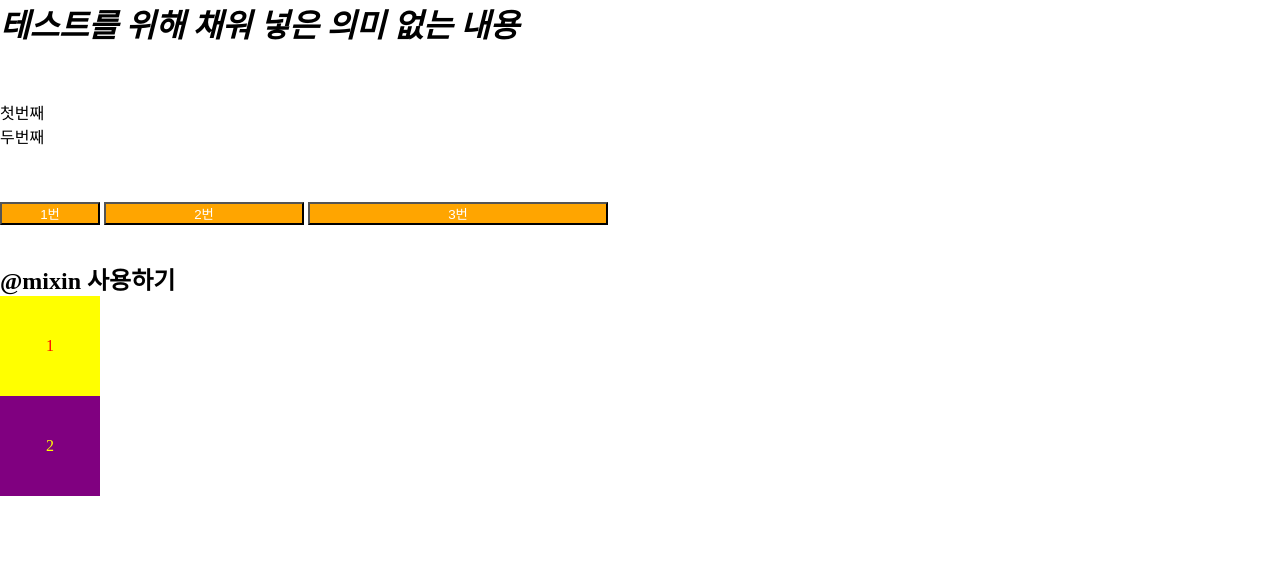
Repository: Axing00/SCSS
Page: test/index.html
The author's editor kept a copy of each file at every save. The page is drawn from the files as they stood at one save, then again after the next save.
The browser window is 1280 px wide. The pictures show the whole page.
The style sheet was rebuilt from its Sass, Less or Tailwind sources for each picture, by a compiler version that may differ from the author's.

Above is the page before, as saved 2023-03-20 16:01:52.

### test/index.html
<!DOCTYPE html>
<html lang="ko">

<head>
	<meta charset="UTF-8">
	<meta http-equiv="X-UA-Compatible" content="IE=edge">
	<meta name="viewport" content="width=device-width, initial-scale=1.0">
	<link rel="stylesheet" href="css/main.css">
	<title>scss test</title>
</head>

<body>
	<p>테스트를 위해 채워 넣은 의미 없는 내용</p>

	<br>
	<br>
	<br>

	<div class="first-btn">첫번째</div>
	<div class="second-btn">두번째</div>

	<br>
	<br>
	<br>

	<button>1번</button>
	<button>2번</button>
	<button>3번</button>

	<br>
	<br>
	<br>
	<h2>@mixin 사용하기</h2>
	<div class="one">1</div>
	<div class="two">2</div>





</body>

</html>

### test/style/main.scss
* {
	margin: 0;
	padding: 0;
}


$main-color:orange;
$font-color:white;
$btn-width:100px;




p {
	font: {
		style: italic;
		weight: 900;
		size: 32px;
	}
}

/*
	&는 상위선택자
	상위선택자 참조는 의사(가상)클래스를 선택하고자 할때 특히 유용한 방법이다.
*/

.first-btn {
	&:hover {
		background: {
			color: red;
		}
	}
}

.second-btn {
	&:hover {
		background: {
			color: blue;
		}
	}
}


button {
	&:nth-of-type(1) {
		color: $font-color;
		background-color: $main-color;
		width: $btn-width;
	}

	&:nth-of-type(2) {
		color: $font-color;
		background-color: $main-color;
		width: 200px;
	}

	&:nth-of-type(3) {
		color: $font-color;
		background-color: $main-color;
		width: 300px;
	}
}




/*
	인자를 입력시에는 인클루드 할때 인자값을 꼭 입력야지
	에러가 나지 않음
*/
@mixin box-style ($bg-color, $font-color) {
	width: 100px;
	height: 100px;
	display: flex;
	justify-content: center;
	align-items: center;
	background-color: $bg-color;
	color: $font-color;
}

.one {
	@include box-style (red, white);
}

.two {
	@include box-style(purple, yellow);
}





/*
	인자에 기본적으로 값이 넣어져 있는 경우에는
	인클루드했을때 인자값을 안넣어줘도 에러가 나지 않는다
*/
@mixin box-style ($bg-color:yellow, $font-color:red) {
	width: 100px;
	height: 100px;
	display: flex;
	justify-content: center;
	align-items: center;
	background-color: $bg-color;
	color: $font-color;
}


.one {
	@include box-style;
}

.two {
	@include box-style(purple, yellow);
}

After the next save:
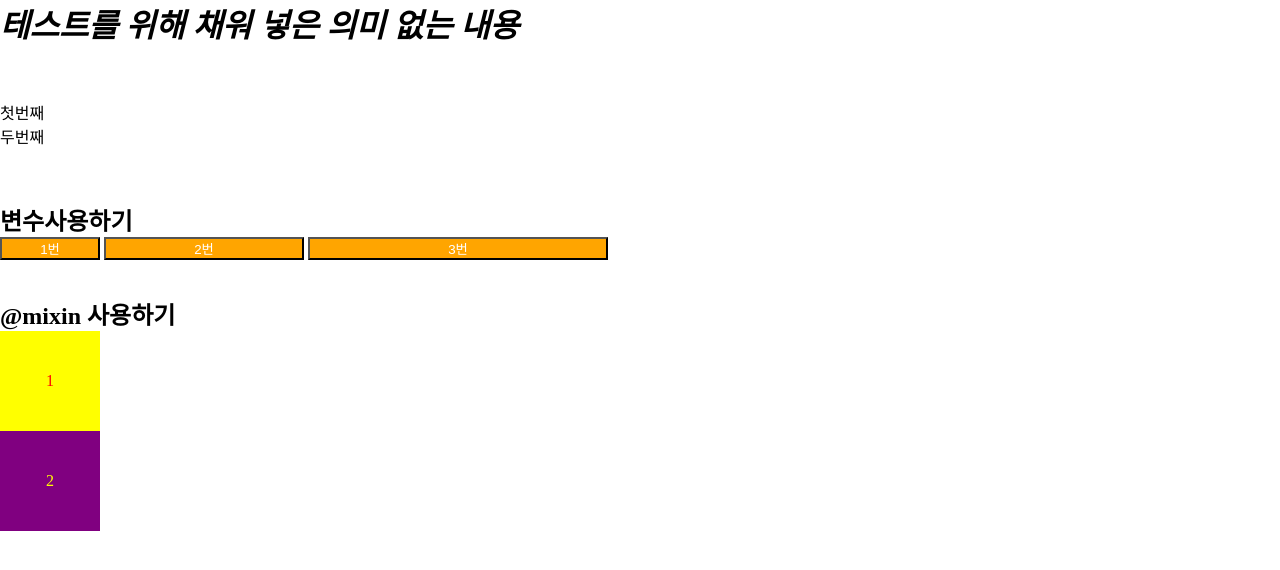
Saved 19 s later.
--- a/test/index.html
+++ b/test/index.html
@@ -23,6 +23,7 @@
 	<br>
 	<br>
 
+	<h2>변수사용하기</h2>
 	<button>1번</button>
 	<button>2번</button>
 	<button>3번</button>
